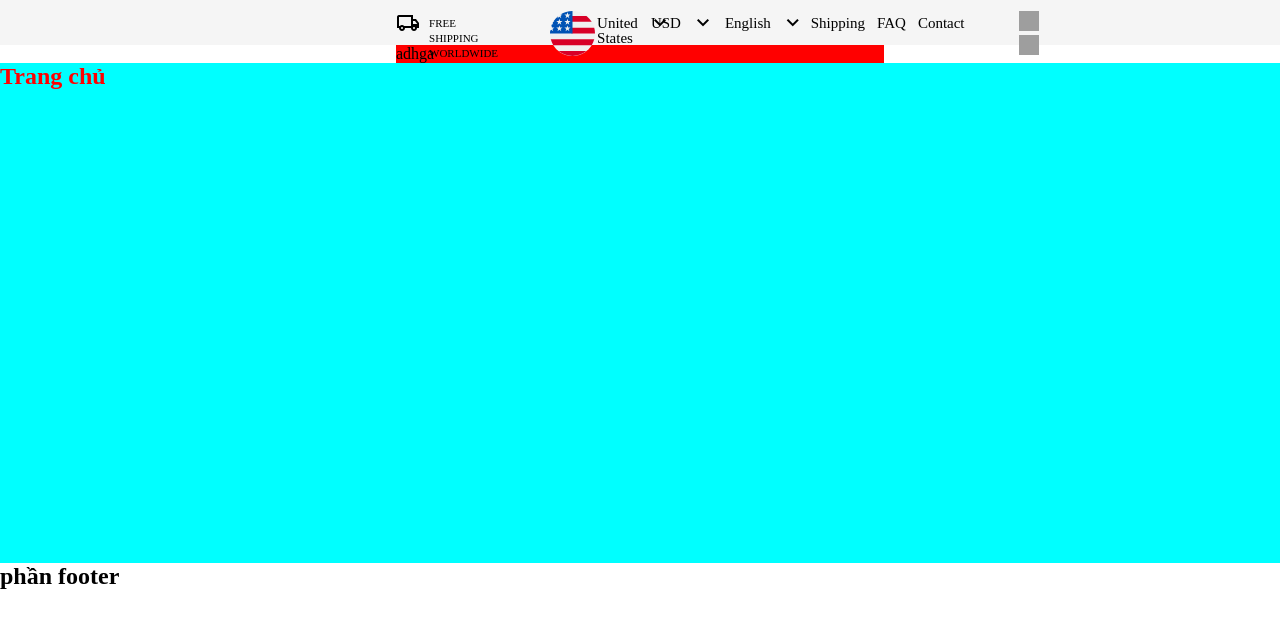
Repository: tatvanhco/shopper
Page: /
The author's editor kept a copy of each file at every save. The page is drawn from the files as they stood at one save, then again after a run of saves.
The browser window is 1280 px wide. The pictures show the whole page.
Pictures or frames that could not be fetched are drawn as grey boxes. The project was rebuilt for these pictures with package versions that can differ from the ones it lists, and the page was loaded fresh each time.

Above is the page before, as saved 2022-09-24 13:36:41.

After the next 4 saves:
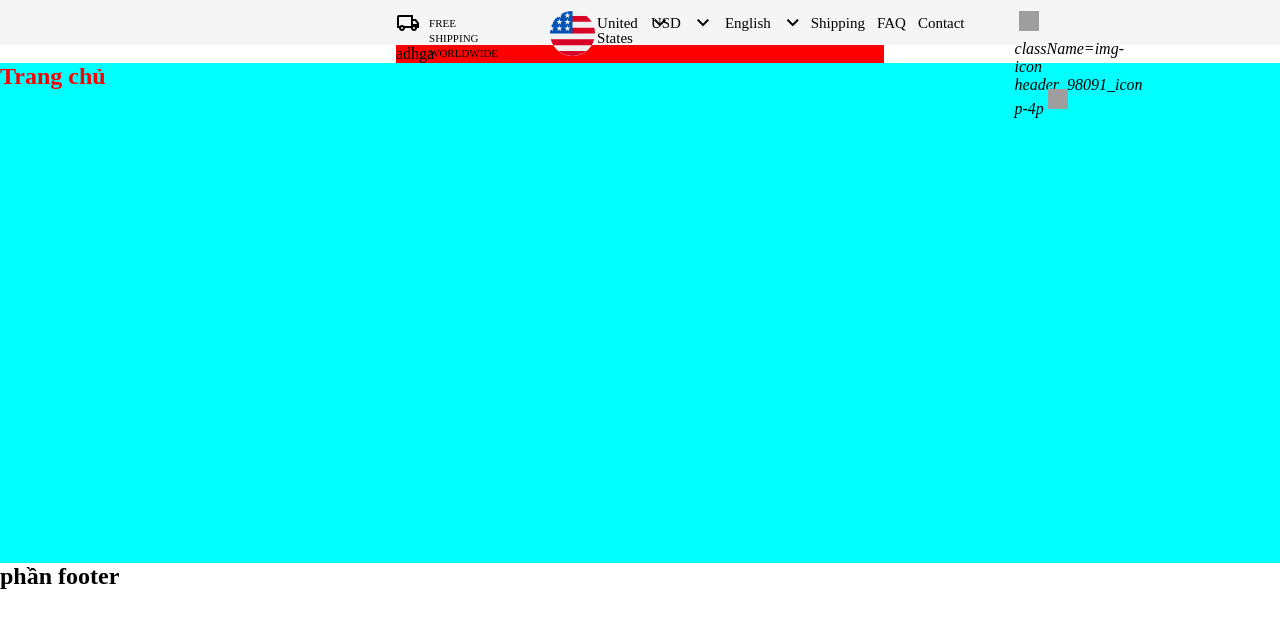
The 4 saves are shown as one change because 2 did not build or start and some came seconds apart.
The last was saved 29 s later.
--- a/src/components/header/header.tsx
+++ b/src/components/header/header.tsx
@@ -87,11 +87,10 @@ function header() {
                                             src="https://cdn-icons-png.flaticon.com/512/1384/1384005.png"
                                             alt="Facebook"
                                         />
-                                        <i
+                                        <i>
                                             className={clsx('img-icon', styles.icon, 'p-4p')}
-                                            src="https://cdn-icons-png.flaticon.com/512/3661/3661391.png"
-                                            alt="Instagram"
-                                        />
+
+                                        </i>
                                         <img
                                             className={clsx('img-icon', styles.icon, 'p-4p')}
                                             src="https://cdn-icons-png.flaticon.com/512/1384/1384028.png"
